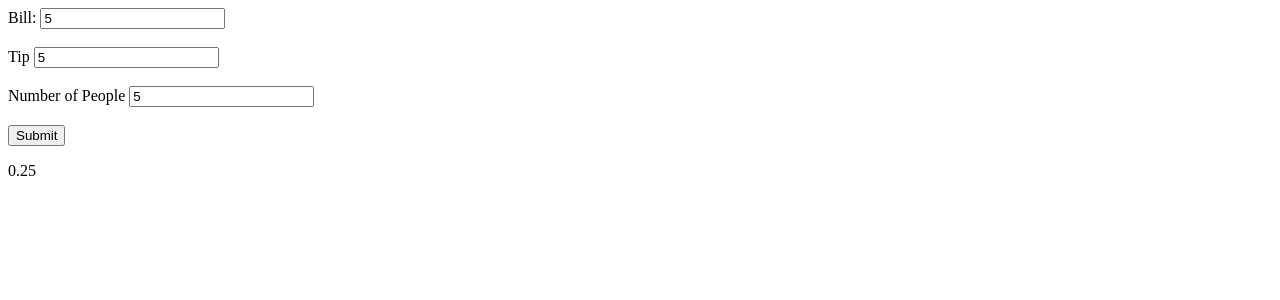
Repository: SamirIngley/Tip-Calculator
Page: calc_display.html
The author's editor kept a copy of each file at every save. The page is drawn from the files as they stood at one save, then again after the next save.
The browser window is 1280 px wide. The pictures show the whole page.
Empty fields were first filled with sample values (such as "Sample", 5 or name@example.com).
After loading, the first visible `#form` was submitted once.

Above is the page before, as saved 2020-02-12 13:39:52.

After the next save:
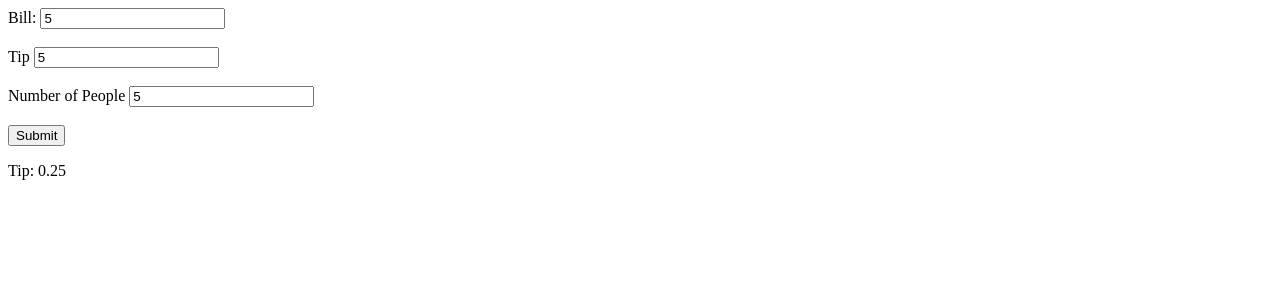
Saved 96 s later.
--- a/calc_display.html
+++ b/calc_display.html
@@ -56,7 +56,7 @@
             const tip = bill * percent / 100
             const total = bill + tip
 
-            displayTip.innerHTML = tip.toFixed(2)
+            displayTip.innerHTML = `Tip: ${tip.toFixed(2)}`
         }
 
 
